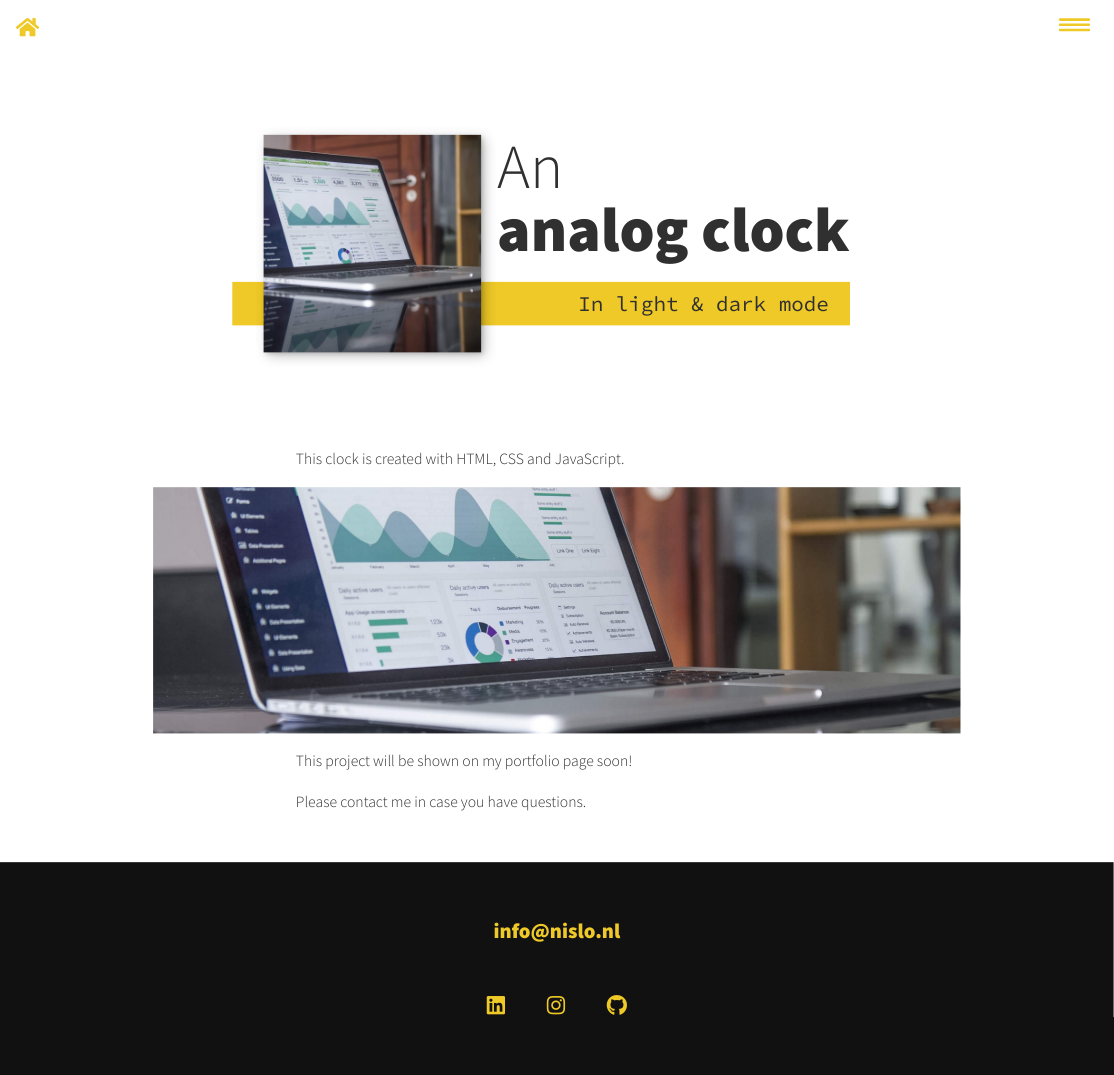
Repository: DaNiels89/portfolio
Page: portfolio-item-01.html
An editor plug-in stored every save of this project. The page is shown before and after the next save, followed by the edit.
The browser window is 1280 px wide. The pictures show the whole page, at 87% of full size.
Some web libraries are served in a nearby version.

Above is the page before, as saved 2020-06-20 13:55:27.

After the next save:
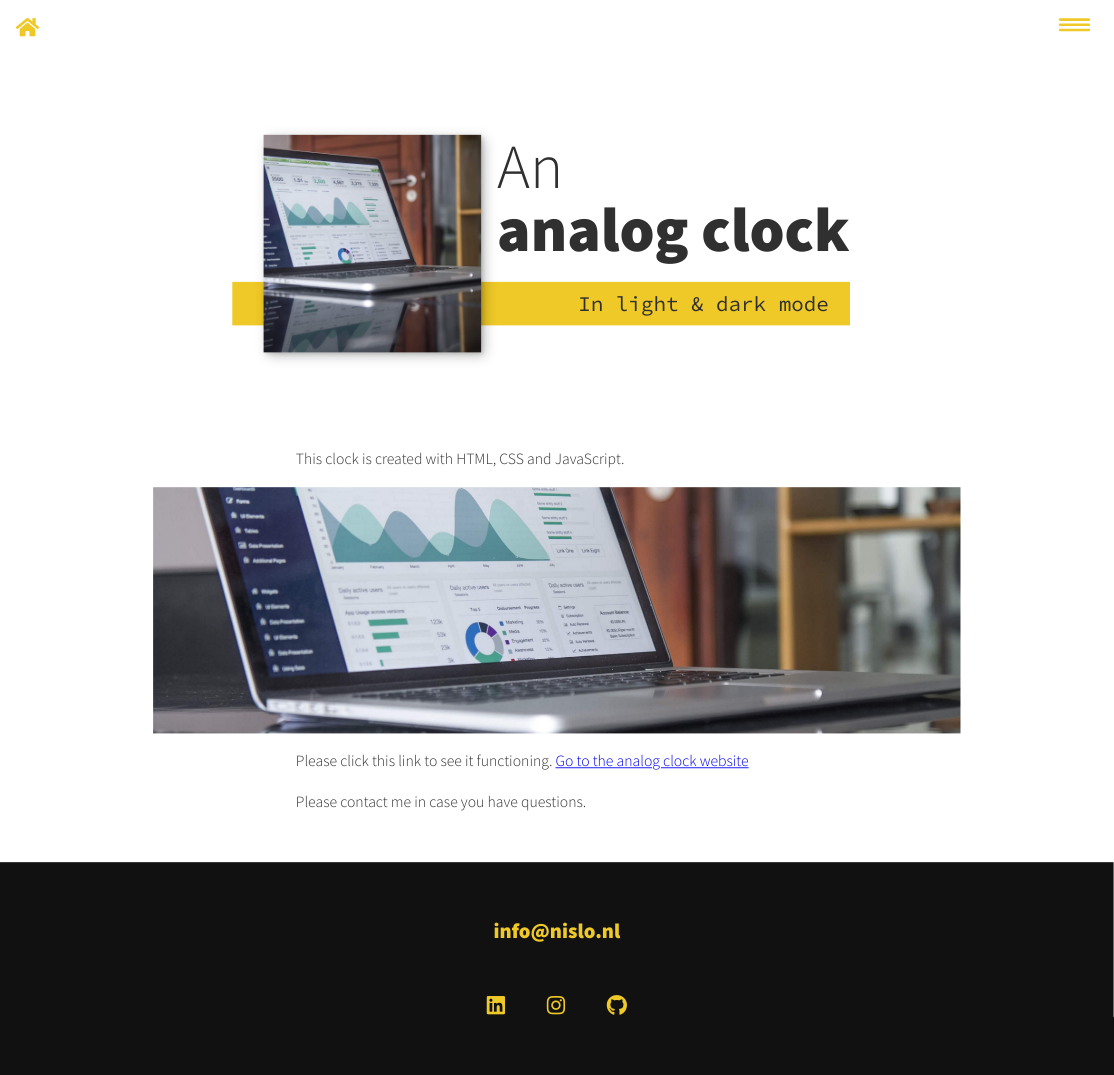
Saved 54 s later.
--- a/portfolio-item-01.html
+++ b/portfolio-item-01.html
@@ -82,7 +82,8 @@
 		</p>
 		<img src="img/portfolio-details.jpg" alt="" />
 		<p>
-			This project will be shown on my portfolio page soon!
+			Please click this link to see it functioning.
+			<a href="#">Go to the analog clock website</a>
 		</p>
 		<p>
 			Please contact me in case you have questions.
